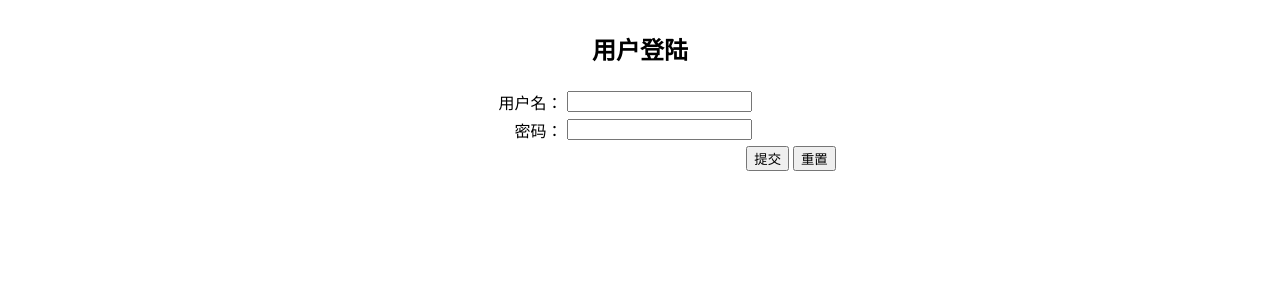
Repository: Lansefanggezi/JavaWeb
Page: http://localhost/Login-MVC/
These files come from the project's save history. The page is drawn as it stood at one moment and after the next save; the edit follows.
The browser window is 1280 px wide. The pictures show the whole page.
The page is served by Tomcat 9. Other server files are loaded and not shown.

Above is the page before, as saved 2018-04-01 02:02:44.

### Login-MVC/WebContent/Login.jsp
<%@ page language="java" contentType="text/html; charset=UTF-8"
    pageEncoding="UTF-8"%>
<!DOCTYPE html PUBLIC "-//W3C//DTD HTML 4.01 Transitional//EN" "http://www.w3.org/TR/html4/loose.dtd">
<html>
<head>
<meta http-equiv="Content-Type" content="text/html; charset=UTF-8">
	<title>登陆</title>
	<script type="text/javascript">
	function check(){
		var userName = document.LoginForm.userName.value;
		var userPwd = document.LoginForm.passwold.value;

		if (userName == "") {
			alert("用户名不能为空");
			return false;
		}

		if (userPwd == "") {
			alert("请输入密码");
			return false;
		}
		return true;
	}
	</script>
</head>
<body background="#ffffff">
	<form action="LoginServlet" method="post" name="LoginForm">
		<table width="757" height="108" align="center">
		<col width="300">
		<col width="">
			<tr>
				<td colspan="2" align="center">
					<h2>用户登陆</h2>
				</td>
			</tr>
			<tr>
				<td align="right">
					用户名：
				</td>
				<td align="left">
					<input type="text" name="userName" width="200">
				</td>
			</tr>
			<tr>
				<td align="right">
					密码：
				</td>
				<td align="left">
					<input type="passwold" name="passwold" width="200">
				</td>
			</tr>
			<tr>
				<td align="center">
				</td>
				<td align="center">
					<input type="submit" name="submit" value="提交">
					<input type="reset" name="submit" value="重置">
				</td>
			</tr>
		</table>
		<jsp:useBean id="loginUser" class="cn.com.systop.javabean.UserBean" scope="request"></jsp:useBean>
		<%
		if(loginUser.getError() != null)
		{
			out.print("<script type=\"text/javascript\">alert(\"用户名或者密码错误！\");</script>");
		}
		%>
	</form>
</body>
</html>

### Login-MVC/src/cn/com/systop/javabean/UserBean.java
package cn.com.systop.javabean;

import java.sql.Connection;
import java.sql.PreparedStatement;
import java.sql.ResultSet;
import java.sql.SQLException;

import cn.com.systop.connection.DBConnection;

public class UserBean {

	//用户名
	private String userName;

	//密码
	private String passWord;

	//异常
	private String error;

	public String getUserName() {
		return userName;
	}

	public void setUserName(String userName) {
		this.userName = userName;
	}

	public String getPassWord() {
		return passWord;
	}

	public void setPassWord(String passWord) {
		this.passWord = passWord;
	}

	public String getError() {
		return error;
	}

	public void setError(String error) {
		this.error = error;
	}

	/*
	 * 验证登陆
	 *
	 * @return true 登陆成功 return flase 登陆失败
	 *
	 * */
	public boolean login()
	{
		//登陆成功与否的标志
		boolean flg = false;

		//获取数据库连接
		Connection con = DBConnection.getConnetction();

		//声明PreparedStatement对象
		PreparedStatement pstemt = null;

		//声明resultSet
		ResultSet rs = null;

		//SQL语句
		String sql = "select * from t_user where username = ?";


		try {
			//创建PreparedStatement对象
			pstemt = con.prepareStatement(sql);

			//替换Sql语句中？的值
			pstemt.setString(1, this.userName);

			//执行SQL语句并返回结果
			rs = pstemt.executeQuery();

			//判断结果集是否有数据
			if(rs.next())
			{
				//获得密码
				String pwd = rs.getString("userpassword");

				//验证密码
				if(this.passWord.equals(pwd))
				{
					flg=true;
				}else
				{
					this.setError("error");
				}
			}else
			{
				this.setError("error");
			}
		} catch (SQLException e) {
			// TODO Auto-generated catch block
			e.printStackTrace();
		}finally
		{
			try {
				//关闭数据库连接
				rs.close();
				pstemt.close();
				con.close();
			} catch (SQLException e) {
				// TODO Auto-generated catch block
				e.printStackTrace();
			}
		}

		return flg;
	}

}

After the next save:
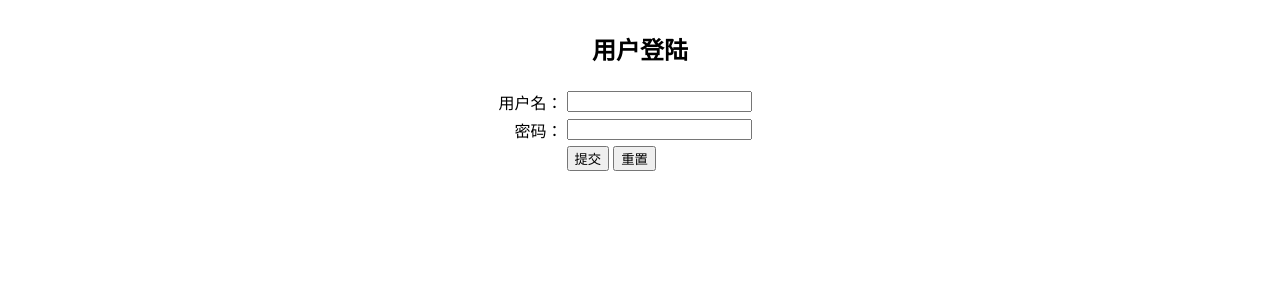
Saved 12 s later.
--- a/Login-MVC/WebContent/Login.jsp
+++ b/Login-MVC/WebContent/Login.jsp
@@ -52,7 +52,7 @@
 			<tr>
 				<td align="center">
 				</td>
-				<td align="center">
+				<td align="left">
 					<input type="submit" name="submit" value="提交">
 					<input type="reset" name="submit" value="重置">
 				</td>
